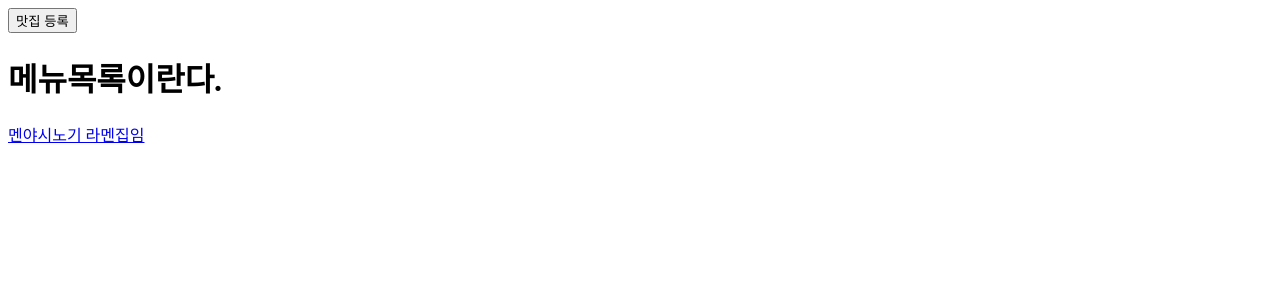
Repository: parkgun6/model2_study
Page: http://localhost/store/list.jsp
These files come from the project's save history. The page is drawn as it stood at one moment and after a run of saves; the edit follows.
The browser window is 1280 px wide. The pictures show the whole page.
The page is served by Tomcat 9.

Above is the page before, as saved 2021-01-20 10:08:51.

After the next 2 saves:
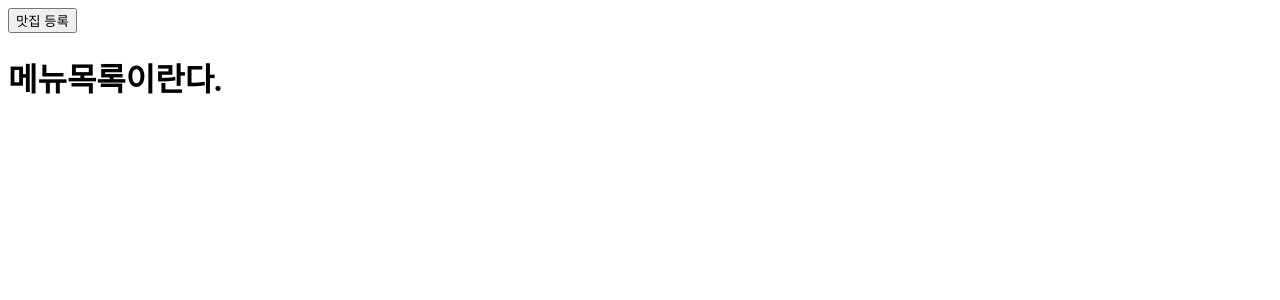
The 2 saves are shown as one change because they came seconds apart.
The last was saved 15 s later.
--- a/store/WebContent/list.jsp
+++ b/store/WebContent/list.jsp
@@ -13,7 +13,7 @@
 
 	</form>
 	<h1>메뉴목록이란다.</h1>
-	<a href="https://www.naver.com">멘야시노기 라멘집임</a>
+	<a href="https://map.naver.com/v5/search/%EB%A9%98%EC%95%BC%EC%8B%9C%EB%85%B8%EA%B8%B0/place/1185505028?c=14139408.6781773,4509643.7380545,15,0,0,0,dh>멘야시노기 라멘집임</a>
 
 </body>
 </html>

After the save that followed:
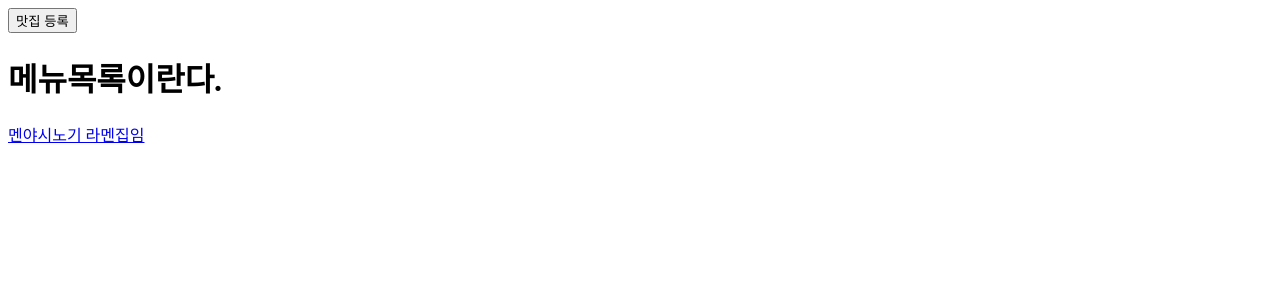
Saved 28 s later.
--- a/store/WebContent/list.jsp
+++ b/store/WebContent/list.jsp
@@ -13,7 +13,7 @@
 
 	</form>
 	<h1>메뉴목록이란다.</h1>
-	<a href="https://map.naver.com/v5/search/%EB%A9%98%EC%95%BC%EC%8B%9C%EB%85%B8%EA%B8%B0/place/1185505028?c=14139408.6781773,4509643.7380545,15,0,0,0,dh>멘야시노기 라멘집임</a>
+	<a href="https://map.naver.com/v5/search/%EB%A9%98%EC%95%BC%EC%8B%9C%EB%85%B8%EA%B8%B0/place/1185505028?c=14139408.6781773,4509643.7380545,15,0,0,0,dh">멘야시노기 라멘집임</a>
 
 </body>
 </html>
